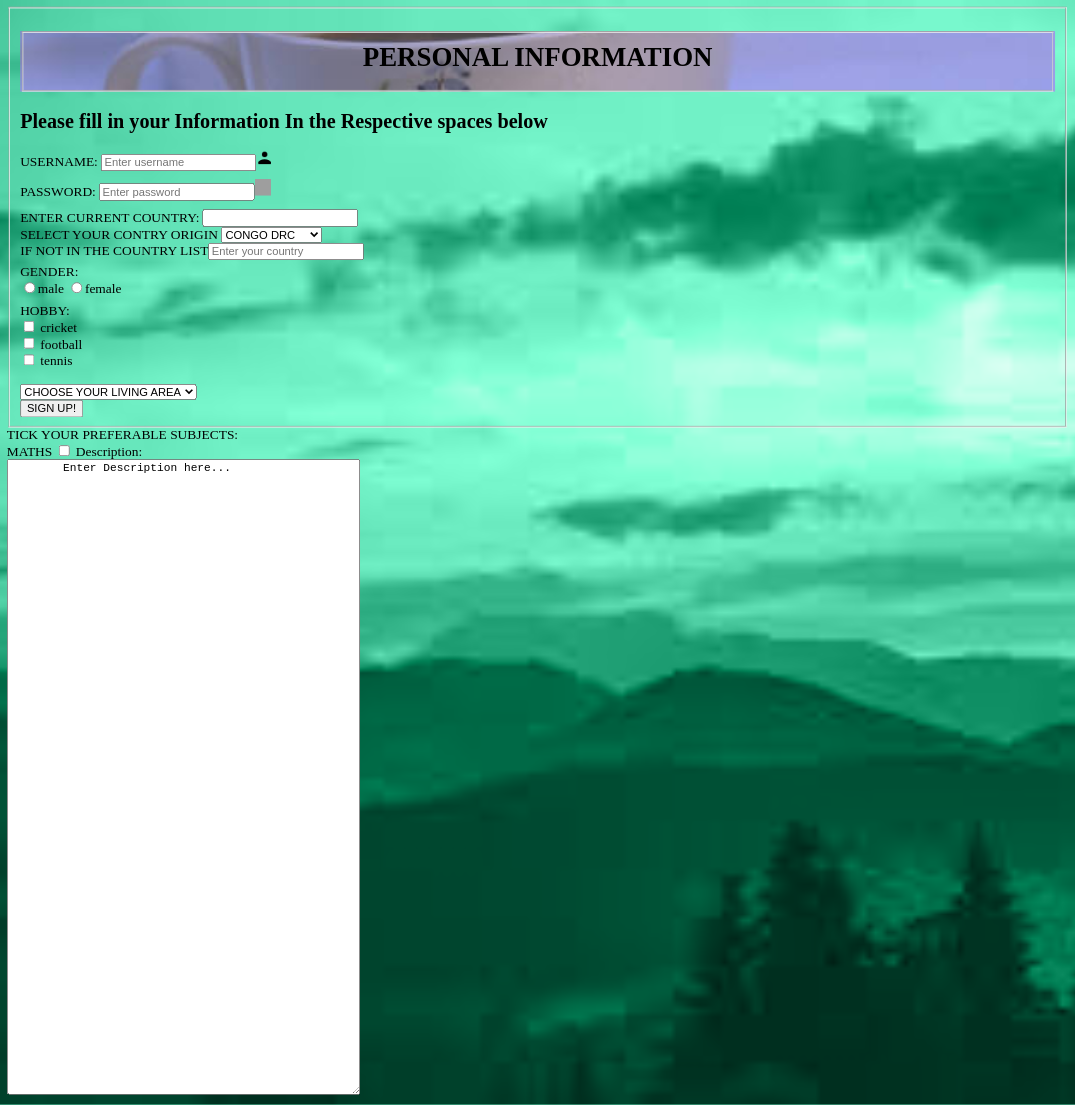
Repository: mirambialex/myform
Page: website/INDEX.HTML
The author's editor kept a copy of each file at every save. The page is drawn from the files as they stood at one save, then again after the next save.
The browser window is 1280 px wide. The pictures show the whole page, at 84% of full size.
Pictures or frames that could not be fetched are drawn as grey boxes.

Above is the page before, as saved 2024-04-17 11:27:51.

After the next save:
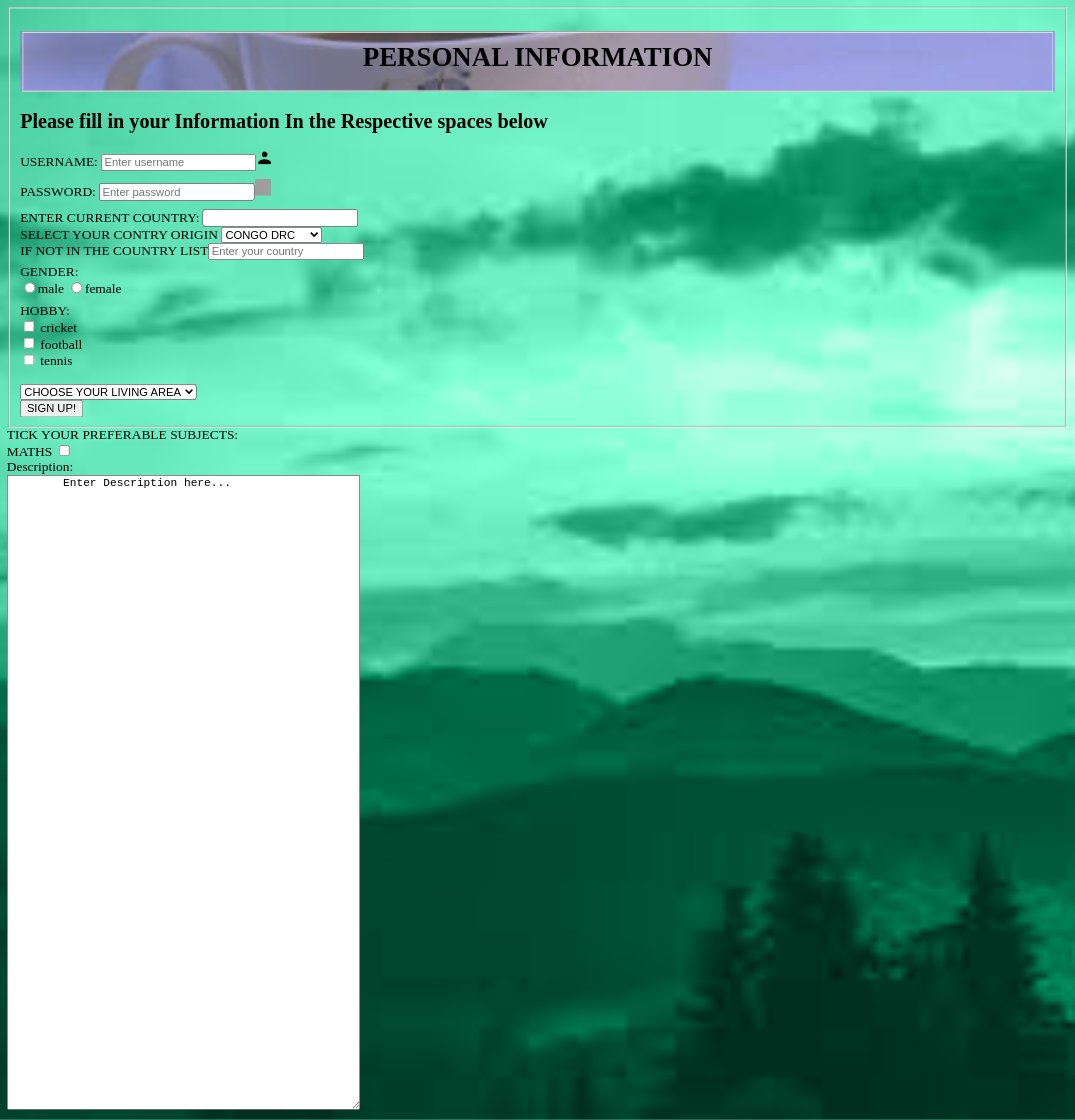
Saved 4 s later.
--- a/website/INDEX.HTML
+++ b/website/INDEX.HTML
@@ -72,7 +72,7 @@ HOBBY:<br>
 </FORM>
 <FORM>
     TICK YOUR PREFERABLE SUBJECTS: <BR/>
-    MATHS <input TYPE="checkbox" NAME="MATHS" VALUE="ON">
+    MATHS <input TYPE="checkbox" NAME="MATHS" VALUE="ON"><BR/>
     Description: <br/>
     <textarea name="Description" cols="50" rows="50">
         Enter Description here...
